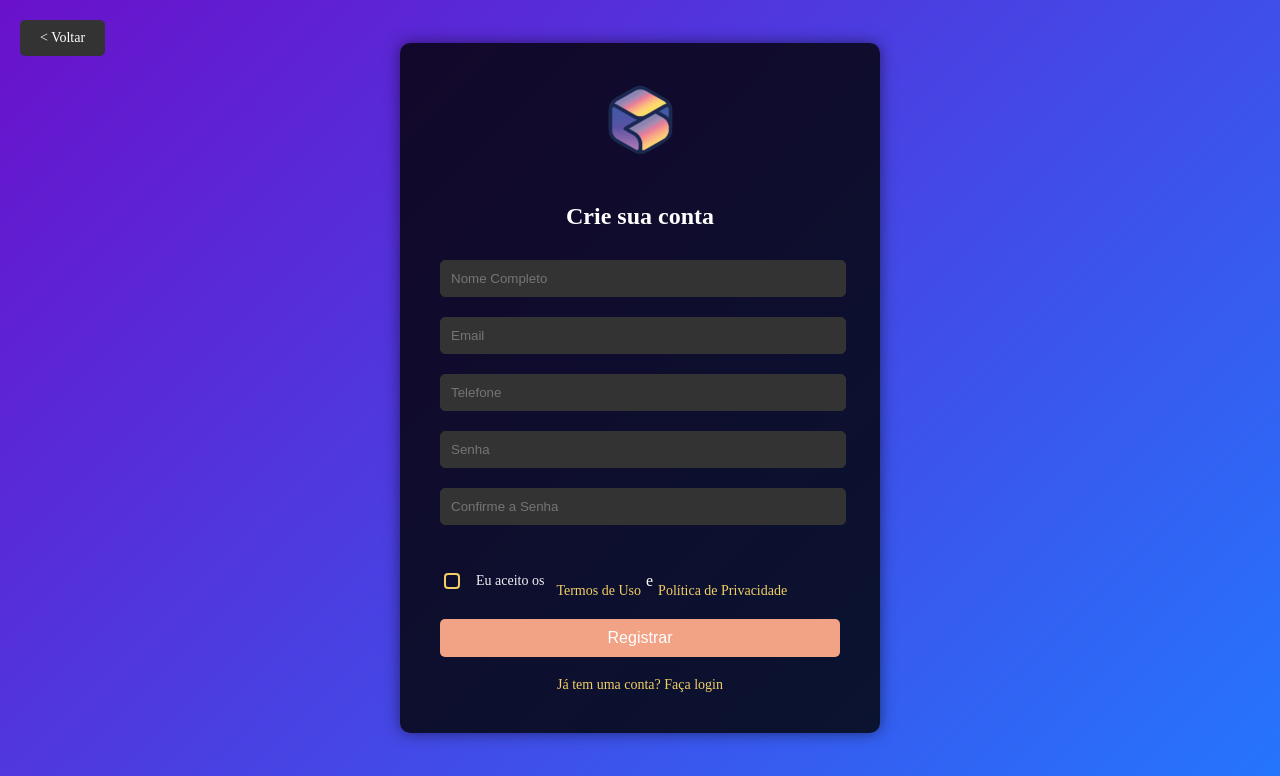
Repository: Gabrielb0rn/0EasyDesk.io
Page: 0Easydesk1/register.html
The author's editor kept a copy of each file at every save. The page is drawn from the files as they stood at one save, then again after the next save.
The browser window is 1280 px wide. The pictures show the whole page.

Above is the page before, as saved 2024-09-16 20:27:45.

After the next save:
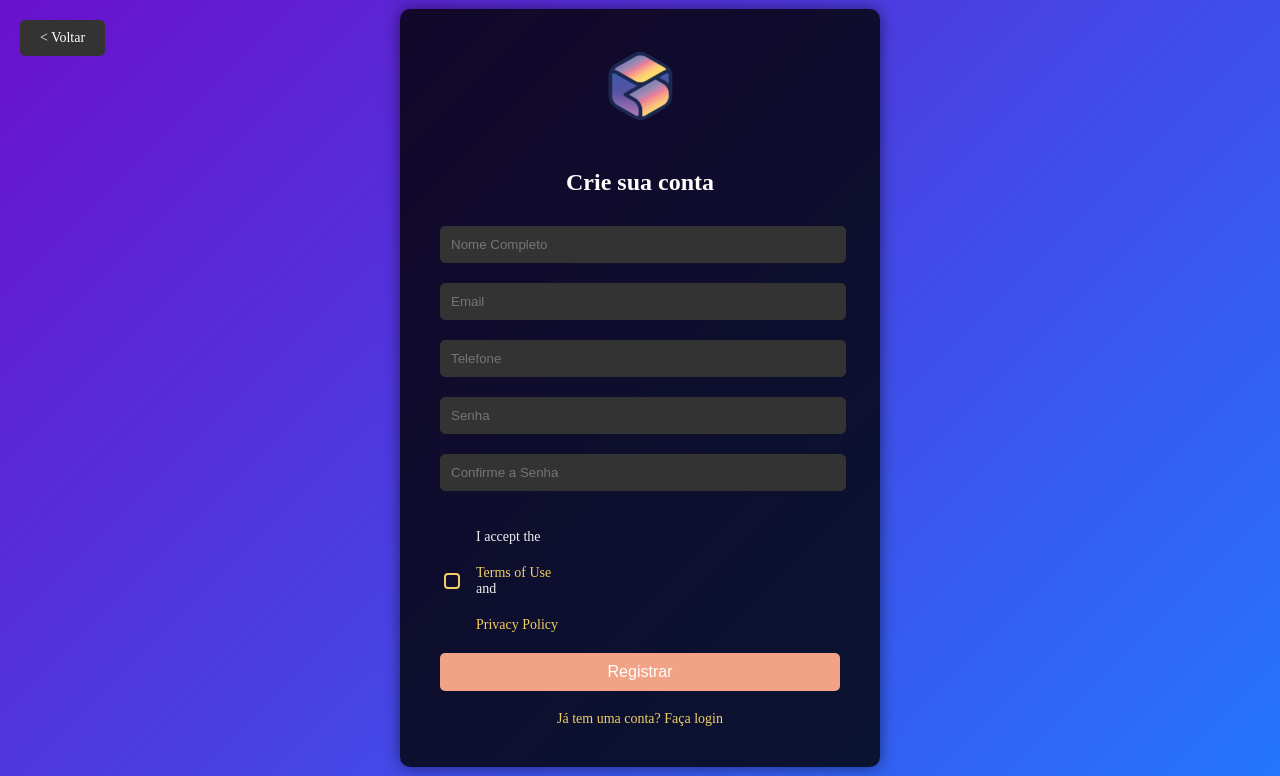
Saved 4 min 39 s later.
--- a/0Easydesk1/register.html
+++ b/0Easydesk1/register.html
@@ -22,10 +22,7 @@
                 <br><br>
                 <div class="checkbox-container">
                     <input type="checkbox" id="terms" name="terms" required>
-                    <label for="terms">Eu aceito os <span class="terms-text"></span></label>
-                    <div class="terms-container">
-                        <a href="TDU.html">Termos de Uso</a><span> e </span><a href="PDP.html">Política de Privacidade</a>
-                    </div>
+                    <label for="terms">I accept the <a href="TDU.html">Terms of Use</a> and <a href="PDP.html">Privacy Policy</a></label>
                 </div>
                 <input type="submit" value="Registrar">
             </form>

After the 6 saves that followed:
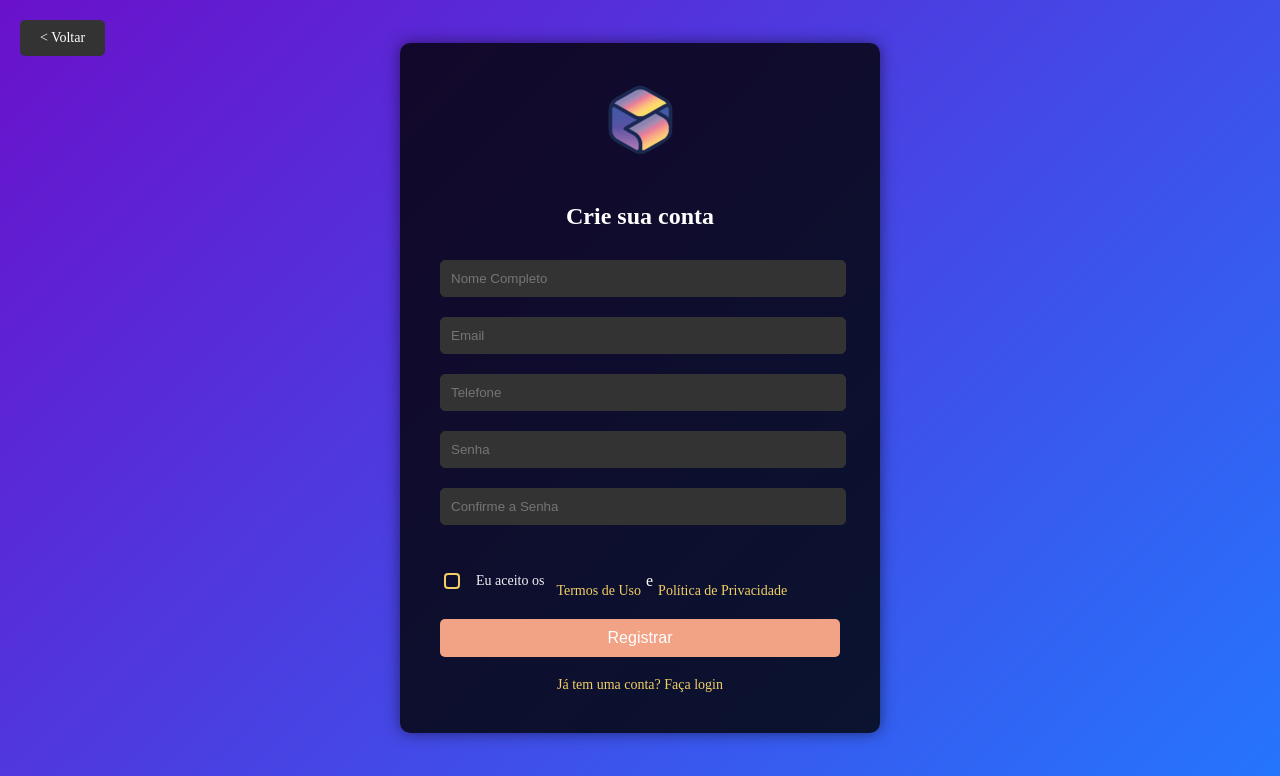
The 6 saves are shown as one change because 5 left the picture as it was.
The last was saved 105 s later.
--- a/0Easydesk1/register.html
+++ b/0Easydesk1/register.html
@@ -22,7 +22,10 @@
                 <br><br>
                 <div class="checkbox-container">
                     <input type="checkbox" id="terms" name="terms" required>
-                    <label for="terms">I accept the <a href="TDU.html">Terms of Use</a> and <a href="PDP.html">Privacy Policy</a></label>
+                    <label for="terms">Eu aceito os <span class="terms-text"></span></label>
+                    <div class="terms-container">
+                        <a href="TDU.html">Termos de Uso</a><span> e </span><a href="PDP.html">Política de Privacidade</a>
+                    </div>
                 </div>
                 <input type="submit" value="Registrar">
             </form>
